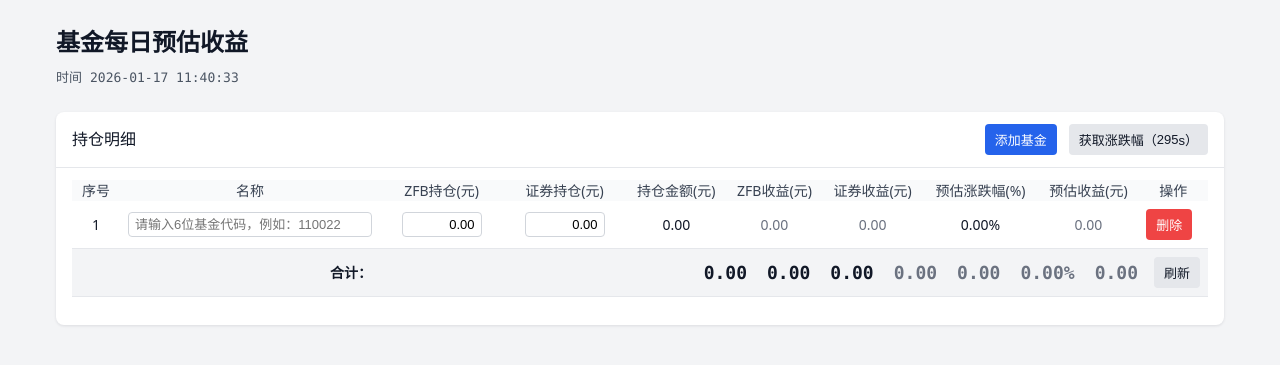
Repository: zt-boom/finance
Page: index.html
These files come from the project's save history. The page is drawn as it stood at one moment and after the next save; the edit follows.
The browser window is 1280 px wide. The pictures show the whole page.

Above is the page before, as saved 2026-01-17 15:35:53.

### index.html
<!DOCTYPE html>
<html lang="zh-CN">
<head>
<meta charset="UTF-8">
<title>基金每日预估收益</title>
<meta name="viewport" content="width=device-width,initial-scale=1">
<link rel="stylesheet" href="./style.css">
</head>
<body>
<div class="app">
<header class="app-header">
<h1>基金每日预估收益</h1>
<div class="date-row">
<span>时间</span>
<span id="current-date"></span>
</div>
</header>
<main class="app-main">
<section class="card">
<div class="card-header">
<h2>持仓明细</h2>
<div class="card-header-actions">
<button id="add-fund-btn" class="primary-button">添加基金</button>
<button id="fetch-percent-btn" class="secondary-button">
获取涨跌幅（<span id="auto-refresh-countdown">300</span>s）
</button>
</div>
</div>
<div class="card-body">
<div class="table-wrapper">
<table class="fund-table">
<thead>
<tr>
<th class="index-col">序号</th>
<th>名称</th>
<th>ZFB持仓(元)</th>
<th>证券持仓(元)</th>
<th>持仓金额(元)</th>
<th>ZFB收益(元)</th>
<th>证券收益(元)</th>
<th>预估涨跌幅(%)</th>
<th>预估收益(元)</th>
<th>操作</th>
</tr>
</thead>
<tbody id="fund-table-body"></tbody>
<tfoot>
<tr class="summary-row">
<td colspan="2">合计：</td>
<td colspan="8">
<div class="summary-items">
<span><strong id="total-zfb-amount">0.00</strong></span>
<span><strong id="total-stock-amount">0.00</strong></span>
<span><strong id="total-amount">0.00</strong></span>
<span><strong id="total-zfb-profit">0.00</strong></span>
<span><strong id="total-stock-profit">0.00</strong></span>
<span><strong id="total-percent">0.00%</strong></span>
<span><strong id="total-profit">0.00</strong></span>
<button id="summary-refresh-btn" class="secondary-button">刷新</button>
</div>
</td>
</tr>
</tfoot>
</table>
</div>
</div>
</section>
</main>
</div>
<script src="./main.js"></script>
</body>
</html>

### style.css
* {
box-sizing: border-box;
margin: 0;
padding: 0;
}

body {
font-family: system-ui, -apple-system, BlinkMacSystemFont, "Segoe UI", sans-serif;
background-color: #f3f4f6;
color: #111827;
line-height: 1.5;
}

.app {
max-width: 1200px;
margin: 0 auto;
padding: 24px 16px 40px;
}

.app-header {
display: flex;
flex-direction: column;
gap: 8px;
margin-bottom: 24px;
}

.app-header h1 {
font-size: 24px;
font-weight: 600;
color: #111827;
}

.date-row {
display: flex;
gap: 8px;
align-items: center;
font-size: 13px;
color: #4b5563;
}

.date-row span:last-child {
font-family: ui-monospace, SFMono-Regular, Menlo, Monaco, Consolas, "Liberation Mono", "Courier New", monospace;
font-variant-numeric: tabular-nums;
}

.app-main {
display: flex;
flex-direction: column;
gap: 16px;
}

.card {
background-color: #ffffff;
border-radius: 8px;
box-shadow: 0 1px 3px rgba(15, 23, 42, 0.1);
overflow: hidden;
}

.card-header {
display: flex;
justify-content: space-between;
align-items: center;
padding: 12px 16px;
border-bottom: 1px solid #e5e7eb;
}

.card-header h2 {
font-size: 16px;
font-weight: 500;
}

.card-header-actions {
display: flex;
align-items: center;
gap: 12px;
}

.card-body {
padding: 12px 16px 16px;
}

.table-wrapper {
overflow-x: auto;
margin-bottom: 12px;
}

.fund-table {
width: 100%;
border-collapse: collapse;
font-size: 14px;
}

.fund-table td {
border-bottom: 1px solid #e5e7eb;
padding: 8px;
text-align: left;
}

.fund-table th.index-col,
.fund-table td[data-role="row-index"] {
width: 48px;
text-align: center;
cursor: grab;
}

.fund-table td:nth-child(3),
.fund-table td:nth-child(4),
.fund-table td:nth-child(5),
.fund-table td:nth-child(6),
.fund-table td:nth-child(7),
.fund-table td:nth-child(8),
.fund-table td:nth-child(9) {
text-align: center;
white-space: nowrap;
}

.fund-table thead {
background-color: #f9fafb;
}

.fund-table th {
font-weight: 500;
color: #374151;
text-align: center;
}

.fund-table tbody tr:nth-child(even) {
background-color: #f9fafb;
}

.fund-table tbody tr:hover {
background-color: #eef2ff;
}

.fund-table tr.dragging {
opacity: 0.7;
}

.fund-table input {
width: 100%;
padding: 4px 6px;
font-size: 13px;
border-radius: 4px;
border: 1px solid #d1d5db;
outline: none;
text-align: right;
}

.fund-table input.narrow-number-input {
width: 80px;
margin: 0 auto;
}

.fund-table td:nth-child(2) input {
text-align: left;
}

.fund-table th:nth-child(2),
.fund-table td:nth-child(2) {
width: 260px;
}

.fund-table th:nth-child(10),
.fund-table td:nth-child(10) {
padding-left: 0;
text-align: center;
}

.fund-table input[type="number"]::-webkit-outer-spin-button,
.fund-table input[type="number"]::-webkit-inner-spin-button {
-webkit-appearance: none;
margin: 0;
}

.fund-table input[type="number"] {
-moz-appearance: textfield;
}

.fund-table input:focus {
border-color: #2563eb;
box-shadow: 0 0 0 1px rgba(37, 99, 235, 0.2);
}

.value-positive {
color: #ef4444;
}

.value-negative {
color: #10b981;
}

.value-zero {
color: #6b7280;
}

.summary-row td {
font-weight: 600;
color: #111827;
background-color: #f3f4f6;
}

.summary-row td:first-child {
text-align: right;
padding-right: 8px;
}

.summary-items {
display: flex;
flex-wrap: wrap;
gap: 4px 16px;
justify-content: flex-end;
align-items: center;
}

#auto-refresh-countdown {
display: inline-block;
width: 3ch;
text-align: right;
}

.summary-items span {
font-weight: 500;
white-space: nowrap;
}

.summary-left {
display: flex;
flex-wrap: wrap;
gap: 4px 16px;
align-items: center;
}

.summary-items span strong {
font-size: 18px;
margin-left: 4px;
font-family: ui-monospace, SFMono-Regular, Menlo, Monaco, Consolas, "Liberation Mono", "Courier New", monospace;
}

#total-amount {
color: #111827;
}

.primary-button,
.secondary-button,
.danger-button {
border-radius: 4px;
border: none;
cursor: pointer;
font-size: 13px;
padding: 6px 10px;
display: flex;
align-items: center;
justify-content: center;
}

.primary-button {
background-color: #2563eb;
color: #ffffff;
}

.primary-button:hover {
background-color: #1d4ed8;
}

.secondary-button {
background-color: #e5e7eb;
color: #111827;
}

.secondary-button:hover {
background-color: #d1d5db;
}

.danger-button {
background-color: #ef4444;
color: #ffffff;
margin: 0 auto;
}

.danger-button:hover {
background-color: #dc2626;
}

.actions-row {
display: none;
}

.instructions {
font-size: 13px;
color: #4b5563;
}

.instructions ol {
padding-left: 18px;
display: flex;
flex-direction: column;
gap: 4px;
}

@media (max-width: 640px) {
.app {
padding-inline: 12px;
}
.card-header {
flex-direction: column;
gap: 8px;
align-items: flex-start;
}
}

### main.js
const STORAGE_KEY = "fund_holdings_v1";
let dragSourceRow = null;

function handleRowDragStart(event) {
const cell = event.currentTarget;
const row = cell.parentElement;
dragSourceRow = row;
row.classList.add("dragging");
if (event.dataTransfer) {
event.dataTransfer.effectAllowed = "move";
event.dataTransfer.setData("text/plain", "");
}
}

function handleRowDragOver(event) {
event.preventDefault();
if (event.dataTransfer) {
event.dataTransfer.dropEffect = "move";
}
}

function handleRowDrop(event) {
event.preventDefault();
const targetCell = event.currentTarget;
const targetRow = targetCell.parentElement;
if (!dragSourceRow || dragSourceRow === targetRow) {
return;
}
const tbody = targetRow.parentElement;
const rows = Array.from(tbody.querySelectorAll('tr[data-role="fund-row"]'));
const sourceIndex = rows.indexOf(dragSourceRow);
const targetIndex = rows.indexOf(targetRow);
if (sourceIndex === -1 || targetIndex === -1) {
return;
}
if (sourceIndex < targetIndex) {
tbody.insertBefore(dragSourceRow, targetRow.nextSibling);
} else {
tbody.insertBefore(dragSourceRow, targetRow);
}
}

function handleRowDragEnd() {
const rows = document.querySelectorAll('tr[data-role="fund-row"]');
rows.forEach(row => {
row.classList.remove("dragging");
});
dragSourceRow = null;
updateRowIndices();
handleStorageUpdate();
calculateProfit();
}

function formatCurrency(value) {
if (Number.isNaN(value)) return "0.00";
return value.toFixed(2);
}

function formatNumber(value) {
if (Number.isNaN(value)) return "";
return value.toFixed(2);
}

function getTodayDateString() {
const now = new Date();
const year = String(now.getFullYear());
const month = String(now.getMonth() + 1).padStart(2, "0");
const day = String(now.getDate()).padStart(2, "0");
const hours = String(now.getHours()).padStart(2, "0");
const minutes = String(now.getMinutes()).padStart(2, "0");
const seconds = String(now.getSeconds()).padStart(2, "0");
return `${year}-${month}-${day} ${hours}:${minutes}:${seconds}`;
}

const fundJsonpRequests = [];

function ensureJsonpHandler() {
if (window._fundJsonpInitialized) {
return;
}
window._fundJsonpInitialized = true;
window.jsonpgz = function (data) {
if (!data || !data.fundcode) {
return;
}
const code = data.fundcode;
while (true) {
let index = -1;
for (let i = 0; i < fundJsonpRequests.length; i += 1) {
if (fundJsonpRequests[i].code === code) {
index = i;
break;
}
}
if (index === -1) {
break;
}
const request = fundJsonpRequests.splice(index, 1)[0];
try {
const value = request.transform ? request.transform(data) : data;
request.resolve(value);
} catch (e) {
if (request.reject) {
if (e instanceof Error) {
request.reject(e);
} else {
request.reject(new Error("解析基金数据失败"));
}
}
}
}
};
}

function fetchFundEstimate(code) {
return new Promise((resolve, reject) => {
if (!code) {
reject(new Error("缺少基金代码"));
return;
}
ensureJsonpHandler();
fundJsonpRequests.push({
code,
resolve,
reject,
transform: data => {
const percent = parseFloat(data.gszzl);
if (Number.isNaN(percent)) {
throw new Error("无效的涨跌幅数据");
}
return percent;
}
});
const script = document.createElement("script");
script.src = `https://fundgz.1234567.com.cn/js/${code}.js?rt=${Date.now()}`;
script.onerror = () => {
for (let i = 0; i < fundJsonpRequests.length; i += 1) {
if (fundJsonpRequests[i].code === code) {
const request = fundJsonpRequests.splice(i, 1)[0];
request.reject(new Error("获取基金数据失败"));
break;
}
}
};
document.body.appendChild(script);
});
}

function fetchFundInfo(code) {
return new Promise((resolve, reject) => {
if (!code) {
reject(new Error("缺少基金代码"));
return;
}
ensureJsonpHandler();
fundJsonpRequests.push({
code,
resolve,
reject,
transform: data => data
});
const script = document.createElement("script");
script.src = `https://fundgz.1234567.com.cn/js/${code}.js?rt=${Date.now()}`;
script.onerror = () => {
for (let i = 0; i < fundJsonpRequests.length; i += 1) {
if (fundJsonpRequests[i].code === code) {
const request = fundJsonpRequests.splice(i, 1)[0];
request.reject(new Error("获取基金数据失败"));
break;
}
}
};
document.body.appendChild(script);
});
}

function parseFundCodeFromName(name) {
if (!name) return null;
const match = name.match(/(\d{6})/);
if (!match) {
return null;
}
return match[1];
}

function loadHoldingsFromStorage() {
try {
const raw = window.localStorage.getItem(STORAGE_KEY);
if (!raw) return [];
const parsed = JSON.parse(raw);
if (!Array.isArray(parsed)) return [];
return parsed;
} catch (e) {
return [];
}
}

function saveHoldingsToStorage(holdings) {
try {
const serialized = JSON.stringify(holdings);
window.localStorage.setItem(STORAGE_KEY, serialized);
} catch (e) {
}
}

function createTableRow(fund) {
const tr = document.createElement("tr");
const indexTd = document.createElement("td");
const nameTd = document.createElement("td");
const zfbAmountTd = document.createElement("td");
const stockAmountTd = document.createElement("td");
const amountTd = document.createElement("td");
const zfbProfitTd = document.createElement("td");
const stockProfitTd = document.createElement("td");
const percentTd = document.createElement("td");
const profitTd = document.createElement("td");
const actionsTd = document.createElement("td");
const nameInput = document.createElement("input");
nameInput.type = "text";
nameInput.value = fund.name || "";
nameInput.placeholder = "请输入6位基金代码，例如：110022";
nameInput.addEventListener("change", handleStorageUpdate);
nameInput.addEventListener("keydown", event => {
if (event.key === "Enter") {
event.preventDefault();
const raw = nameInput.value.trim();
const code = parseFundCodeFromName(raw);
if (!code) {
window.alert("请先输入6位基金代码");
return;
}
const rows = document.querySelectorAll('tr[data-role="fund-row"]');
let duplicate = false;
rows.forEach(row => {
const inputs = row.querySelectorAll("input");
const otherNameInput = inputs[0];
if (!otherNameInput || otherNameInput === nameInput) {
return;
}
const otherCode = parseFundCodeFromName(otherNameInput.value.trim());
if (otherCode && otherCode === code) {
duplicate = true;
}
});
if (duplicate) {
window.alert("该基金代码已存在，请不要重复添加");
return;
}
nameInput.disabled = true;
fetchFundInfo(code).then(data => {
nameInput.disabled = false;
if (!data || !data.name) {
window.alert("未能获取基金名称，请检查基金代码");
return;
}
nameInput.value = `${code}  ${data.name}`;
handleStorageUpdate();
}).catch(() => {
nameInput.disabled = false;
window.alert("未能获取基金名称，请检查基金代码或网络连接");
});
}
});
const zfbInput = document.createElement("input");
zfbInput.type = "number";
zfbInput.step = "0.01";
zfbInput.min = "0";
zfbInput.value = fund.zfbAmount != null ? formatCurrency(Number(fund.zfbAmount)) : "0.00";
zfbInput.addEventListener("blur", () => {
const value = parseFloat(zfbInput.value);
const normalized = Number.isNaN(value) ? 0 : value;
zfbInput.value = formatCurrency(normalized);
});
zfbInput.addEventListener("input", () => {
calculateProfit();
});
zfbInput.addEventListener("change", () => {
handleStorageUpdate();
calculateProfit();
});
zfbInput.className = "narrow-number-input";
const stockInput = document.createElement("input");
stockInput.type = "number";
stockInput.step = "0.01";
stockInput.min = "0";
stockInput.value = fund.stockAmount != null ? formatCurrency(Number(fund.stockAmount)) : "0.00";
stockInput.addEventListener("blur", () => {
const value = parseFloat(stockInput.value);
const normalized = Number.isNaN(value) ? 0 : value;
stockInput.value = formatCurrency(normalized);
});
stockInput.addEventListener("input", () => {
calculateProfit();
});
stockInput.addEventListener("change", () => {
handleStorageUpdate();
calculateProfit();
});
stockInput.className = "narrow-number-input";
const amountSpan = document.createElement("span");
amountSpan.dataset.role = "amount-display";
amountSpan.textContent = "0.00";
const zfbProfitSpan = document.createElement("span");
zfbProfitSpan.textContent = "0.00";
const stockProfitSpan = document.createElement("span");
stockProfitSpan.textContent = "0.00";
const percentSpan = document.createElement("span");
percentSpan.textContent = "0.00%";
const profitSpan = document.createElement("span");
profitSpan.textContent = "0.00";
const deleteButton = document.createElement("button");
deleteButton.textContent = "删除";
deleteButton.className = "danger-button";
deleteButton.addEventListener("click", () => {
const inputs = tr.querySelectorAll("input");
const nameValue = inputs[0] ? inputs[0].value.trim() : "";
const zfbValue = inputs[1] ? inputs[1].value.trim() : "";
const stockValue = inputs[2] ? inputs[2].value.trim() : "";
const isEmptyRow = !nameValue && !zfbValue && !stockValue;
if (!isEmptyRow) {
const confirmed = window.confirm("确定要删除这条持仓记录吗？");
if (!confirmed) {
return;
}
}
tr.remove();
handleStorageUpdate();
calculateProfit();
updateRowIndices();
});
indexTd.dataset.role = "row-index";
indexTd.draggable = true;
indexTd.addEventListener("dragstart", handleRowDragStart);
indexTd.addEventListener("dragover", handleRowDragOver);
indexTd.addEventListener("drop", handleRowDrop);
indexTd.addEventListener("dragend", handleRowDragEnd);
zfbProfitTd.dataset.role = "zfb-profit-cell";
stockProfitTd.dataset.role = "stock-profit-cell";
percentTd.dataset.role = "percent-cell";
profitTd.dataset.role = "profit-cell";
nameTd.appendChild(nameInput);
zfbAmountTd.appendChild(zfbInput);
stockAmountTd.appendChild(stockInput);
amountTd.appendChild(amountSpan);
zfbProfitTd.appendChild(zfbProfitSpan);
stockProfitTd.appendChild(stockProfitSpan);
percentTd.appendChild(percentSpan);
profitTd.appendChild(profitSpan);
actionsTd.appendChild(deleteButton);
tr.appendChild(indexTd);
tr.appendChild(nameTd);
tr.appendChild(zfbAmountTd);
tr.appendChild(stockAmountTd);
tr.appendChild(amountTd);
tr.appendChild(zfbProfitTd);
tr.appendChild(stockProfitTd);
tr.appendChild(percentTd);
tr.appendChild(profitTd);
tr.appendChild(actionsTd);
tr.dataset.role = "fund-row";
return tr;
}

function readHoldingsFromTable() {
const rows = document.querySelectorAll('tr[data-role="fund-row"]');
const holdings = [];
rows.forEach(row => {
const inputs = row.querySelectorAll("input");
const nameInput = inputs[0];
const zfbInput = inputs[1];
const stockInput = inputs[2];
const name = nameInput.value.trim();
const zfbAmount = parseFloat(zfbInput.value);
const stockAmount = parseFloat(stockInput.value);
const hasZfb = !Number.isNaN(zfbAmount) && zfbAmount > 0;
const hasStock = !Number.isNaN(stockAmount) && stockAmount > 0;
if (!name && !hasZfb && !hasStock) {
return;
}
holdings.push({
name,
zfbAmount: hasZfb ? zfbAmount : 0,
stockAmount: hasStock ? stockAmount : 0
});
});
return holdings;
}

function handleStorageUpdate() {
const holdings = readHoldingsFromTable();
saveHoldingsToStorage(holdings);
}

function populateTableFromStorage() {
const tbody = document.getElementById("fund-table-body");
tbody.innerHTML = "";
const holdings = loadHoldingsFromStorage();
if (holdings.length === 0) {
const row = createTableRow({ name: "", zfbAmount: null, stockAmount: null });
tbody.appendChild(row);
updateRowIndices();
calculateProfit();
return;
}
holdings.forEach(fund => {
const row = createTableRow({
name: fund.name || "",
zfbAmount: fund.zfbAmount != null ? fund.zfbAmount : null,
stockAmount: fund.stockAmount != null ? fund.stockAmount : null
});
tbody.appendChild(row);
});
updateRowIndices();
calculateProfit();
}

function calculateProfit() {
const rows = document.querySelectorAll('tr[data-role="fund-row"]');
let totalZfbAmount = 0;
let totalStockAmount = 0;
let totalZfbProfit = 0;
let totalStockProfit = 0;
let totalProfit = 0;
let totalHoldingAmount = 0;
rows.forEach(row => {
const inputs = row.querySelectorAll("input");
const zfbInput = inputs[1];
const stockInput = inputs[2];
const amountSpan = row.querySelector('span[data-role="amount-display"]');
const percentCell = row.querySelector('td[data-role="percent-cell"] span');
const profitCell = row.querySelector('td[data-role="profit-cell"] span');
const zfbProfitCell = row.querySelector('td[data-role="zfb-profit-cell"] span');
const stockProfitCell = row.querySelector('td[data-role="stock-profit-cell"] span');
const zfbAmount = zfbInput ? parseFloat(zfbInput.value) : NaN;
const stockAmount = stockInput ? parseFloat(stockInput.value) : NaN;
const normalizedZfb = Number.isNaN(zfbAmount) ? 0 : zfbAmount;
const normalizedStock = Number.isNaN(stockAmount) ? 0 : stockAmount;
const amount = normalizedZfb + normalizedStock;
const percent = percentCell ? parseFloat(percentCell.textContent) : NaN;
totalZfbAmount += normalizedZfb;
totalStockAmount += normalizedStock;
if (amountSpan) {
amountSpan.textContent = formatCurrency(amount);
}
if (amount > 0) {
totalHoldingAmount += amount;
}
if (amount <= 0 || Number.isNaN(percent)) {
if (zfbProfitCell) {
zfbProfitCell.textContent = "0.00";
applyProfitColor(zfbProfitCell, 0);
}
if (stockProfitCell) {
stockProfitCell.textContent = "0.00";
applyProfitColor(stockProfitCell, 0);
}
if (profitCell) {
profitCell.textContent = "0.00";
applyProfitColor(profitCell, 0);
}
return;
}
const zfbProfit = normalizedZfb * percent / 100;
const stockProfit = normalizedStock * percent / 100;
const profit = zfbProfit + stockProfit;
totalZfbProfit += zfbProfit;
totalStockProfit += stockProfit;
totalProfit += profit;
if (zfbProfitCell) {
zfbProfitCell.textContent = formatCurrency(zfbProfit);
applyProfitColor(zfbProfitCell, zfbProfit);
}
if (stockProfitCell) {
stockProfitCell.textContent = formatCurrency(stockProfit);
applyProfitColor(stockProfitCell, stockProfit);
}
if (profitCell) {
profitCell.textContent = formatCurrency(profit);
applyProfitColor(profitCell, profit);
}
});
const totalZfbAmountElement = document.getElementById("total-zfb-amount");
if (totalZfbAmountElement) {
totalZfbAmountElement.textContent = formatCurrency(totalZfbAmount);
}
const totalStockAmountElement = document.getElementById("total-stock-amount");
if (totalStockAmountElement) {
totalStockAmountElement.textContent = formatCurrency(totalStockAmount);
}
const totalAmountElement = document.getElementById("total-amount");
if (totalAmountElement) {
totalAmountElement.textContent = formatCurrency(totalHoldingAmount);
}
const totalPercentElement = document.getElementById("total-percent");
if (totalPercentElement) {
const totalPercent = totalHoldingAmount > 0 ? (totalProfit / totalHoldingAmount) * 100 : 0;
totalPercentElement.textContent = `${formatNumber(totalPercent)}%`;
applyProfitColor(totalPercentElement, totalPercent);
}
const totalZfbProfitElement = document.getElementById("total-zfb-profit");
if (totalZfbProfitElement) {
totalZfbProfitElement.textContent = formatCurrency(totalZfbProfit);
applyProfitColor(totalZfbProfitElement, totalZfbProfit);
}
const totalStockProfitElement = document.getElementById("total-stock-profit");
if (totalStockProfitElement) {
totalStockProfitElement.textContent = formatCurrency(totalStockProfit);
applyProfitColor(totalStockProfitElement, totalStockProfit);
}
const totalProfitElement = document.getElementById("total-profit");
totalProfitElement.textContent = formatCurrency(totalProfit);
applyProfitColor(totalProfitElement, totalProfit);
}

function autoFetchPercentages(options) {
const useButton = !options || options.useButton !== false;
const showAlert = !options || options.showAlert !== false;
const rows = document.querySelectorAll('tr[data-role="fund-row"]');
const promises = [];
rows.forEach(row => {
const inputs = row.querySelectorAll("input");
const nameInput = inputs[0];
const name = nameInput ? nameInput.value.trim() : "";
const code = parseFundCodeFromName(name);
if (!code) {
return;
}
const percentCell = row.querySelector('td[data-role="percent-cell"] span');
if (!percentCell) {
return;
}
const promise = fetchFundEstimate(code).then(percent => {
const value = formatNumber(percent);
percentCell.textContent = `${value}%`;
return true;
}).catch(() => false);
promises.push(promise);
});
if (promises.length === 0) {
if (showAlert) {
window.alert("请先在名称中输入包含6位基金代码的内容");
}
return;
}
const fetchButton = useButton ? document.getElementById("fetch-percent-btn") : null;
if (fetchButton) {
fetchButton.disabled = true;
}
Promise.all(promises).then(results => {
const successCount = results.filter(Boolean).length;
if (fetchButton) {
fetchButton.disabled = false;
}
if (successCount === 0) {
if (showAlert) {
window.alert("未能获取任何基金的预估涨跌幅，请检查基金代码或网络连接");
}
return;
}
calculateProfit();
});
}

function applyProfitColor(element, value) {
if (!element) {
return;
}
element.classList.remove("value-positive", "value-negative", "value-zero");
if (Number.isNaN(value)) {
return;
}
if (value > 0) {
element.classList.add("value-positive");
} else if (value < 0) {
element.classList.add("value-negative");
} else {
element.classList.add("value-zero");
}
}

function initApp() {
const dateElement = document.getElementById("current-date");
if (dateElement) {
dateElement.textContent = getTodayDateString();
}
populateTableFromStorage();
const addFundButton = document.getElementById("add-fund-btn");
const fetchPercentButton = document.getElementById("fetch-percent-btn");
const summaryRefreshButton = document.getElementById("summary-refresh-btn");
const countdownElement = document.getElementById("auto-refresh-countdown");
const autoRefreshSeconds = 300;
let remainingSeconds = autoRefreshSeconds;
function updateCountdown() {
if (countdownElement) {
countdownElement.textContent = String(remainingSeconds);
}
}
function resetCountdown() {
remainingSeconds = autoRefreshSeconds;
updateCountdown();
}
updateCountdown();
if (addFundButton) {
addFundButton.addEventListener("click", () => {
const tbody = document.getElementById("fund-table-body");
const row = createTableRow({ name: "", amount: null });
tbody.appendChild(row);
updateRowIndices();
});
}
if (fetchPercentButton) {
fetchPercentButton.addEventListener("click", () => {
autoFetchPercentages({ useButton: true, showAlert: true });
resetCountdown();
});
}
if (summaryRefreshButton) {
summaryRefreshButton.addEventListener("click", () => {
autoFetchPercentages({ useButton: true, showAlert: true });
resetCountdown();
});
}
if (dateElement) {
setInterval(() => {
dateElement.textContent = getTodayDateString();
}, 1000);
}
setInterval(() => {
remainingSeconds -= 1;
if (remainingSeconds <= 0) {
autoFetchPercentages({ useButton: false, showAlert: false });
remainingSeconds = autoRefreshSeconds;
}
updateCountdown();
}, 1000);
}

function updateRowIndices() {
const rows = document.querySelectorAll('tr[data-role="fund-row"]');
rows.forEach((row, index) => {
const indexCell = row.querySelector('td[data-role="row-index"]');
if (indexCell) {
indexCell.textContent = String(index + 1);
}
});
}

if (document.readyState === "loading") {
document.addEventListener("DOMContentLoaded", initApp);
} else {
initApp();
}

After the next save:
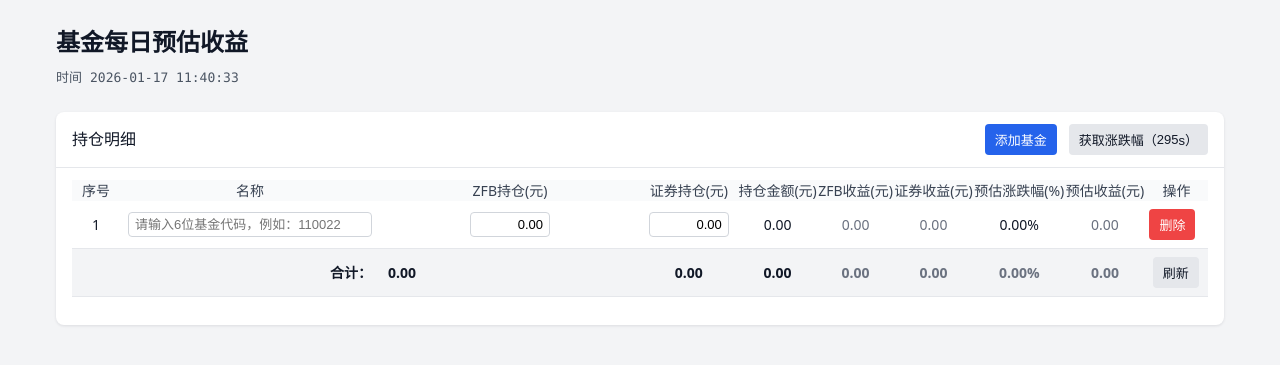
Saved 95 s later.
--- a/index.html
+++ b/index.html
@@ -47,18 +47,14 @@
 <tfoot>
 <tr class="summary-row">
 <td colspan="2">合计：</td>
-<td colspan="8">
-<div class="summary-items">
-<span><strong id="total-zfb-amount">0.00</strong></span>
-<span><strong id="total-stock-amount">0.00</strong></span>
-<span><strong id="total-amount">0.00</strong></span>
-<span><strong id="total-zfb-profit">0.00</strong></span>
-<span><strong id="total-stock-profit">0.00</strong></span>
-<span><strong id="total-percent">0.00%</strong></span>
-<span><strong id="total-profit">0.00</strong></span>
-<button id="summary-refresh-btn" class="secondary-button">刷新</button>
-</div>
-</td>
+<td><span id="total-zfb-amount">0.00</span></td>
+<td><span id="total-stock-amount">0.00</span></td>
+<td><span id="total-amount">0.00</span></td>
+<td><span id="total-zfb-profit">0.00</span></td>
+<td><span id="total-stock-profit">0.00</span></td>
+<td><span id="total-percent">0.00%</span></td>
+<td><span id="total-profit">0.00</span></td>
+<td><button id="summary-refresh-btn" class="secondary-button">刷新</button></td>
 </tr>
 </tfoot>
 </table>
